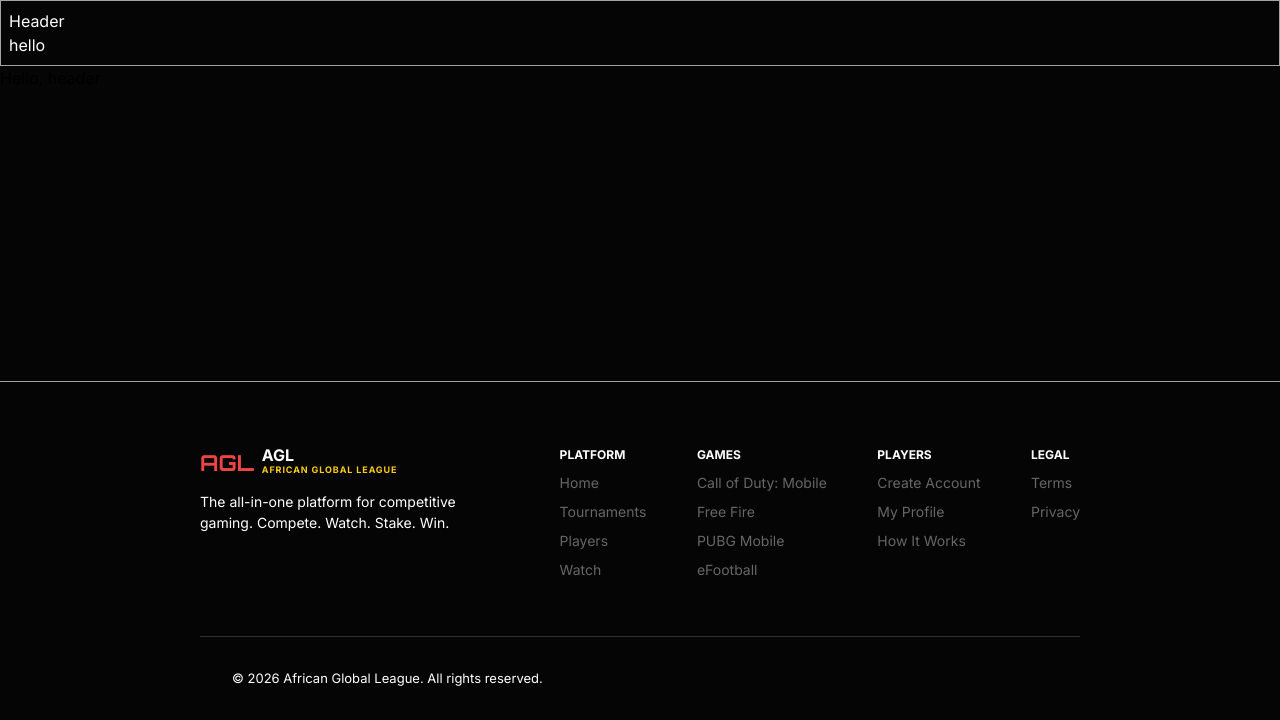
Repository: nino-dev92/AGL
Page: / (app in client/)
These files come from the project's save history. The page is drawn as it stood at one moment and after the next save; the edit follows.
The browser window is 1280 px wide. The pictures show the whole page.
The project was rebuilt for these pictures with package versions that can differ from the ones it lists, and the page was loaded fresh each time. Also part of the build but not shown: client/vite.config.ts.

Above is the page before, as saved 2026-10-21 15:05:45.

After the next save:
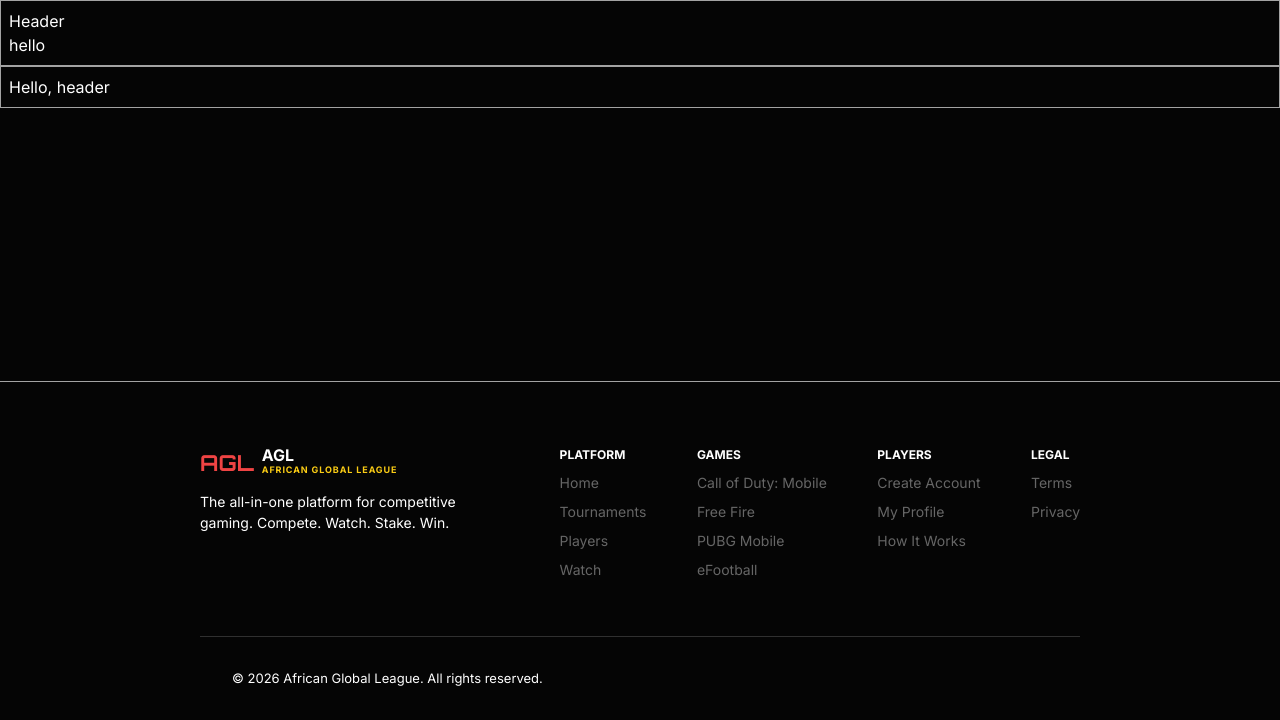
Saved 29 s later.
--- a/client/src/pages/Home.tsx
+++ b/client/src/pages/Home.tsx
@@ -1,7 +1,7 @@
 export default function Home() {
   return (
     <main className="grow">
-      <div>
+      <div className="text-agl-primary border border-agl-gray p-2">
         <h1> Hello, header</h1>
       </div>
     </main>
